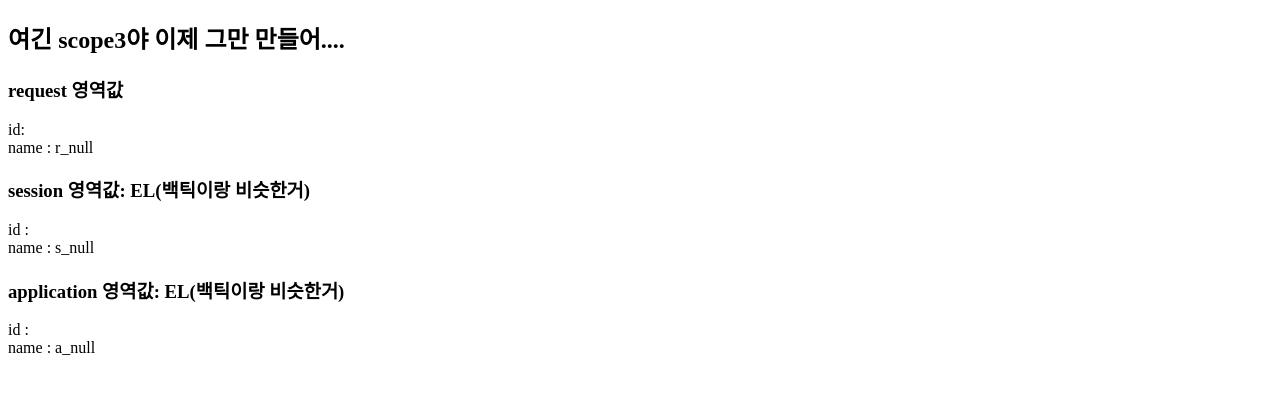
Repository: SouthSea0613/401_Unauthorized_java
Page: http://localhost/model1_1st/scope2.jsp
These files come from the project's save history. The page is drawn as it stood at one moment and after the next save; the edit follows.
The browser window is 1280 px wide. The pictures show the whole page.
The page is served by Tomcat 9. Other server files are loaded and not shown. The template is opened directly, without the code that normally fills it, so the values that code supplies are empty.

Above is the page before, as saved 2024-12-02 07:44:14.

### model1_1st/src/main/webapp/scope2.jsp
<%@page import="java.lang.ProcessBuilder.Redirect"%>
<%@ page language="java" contentType="text/html; charset=UTF-8"
	pageEncoding="UTF-8"%>
<!DOCTYPE html>
<html>
<head>
<meta charset="UTF-8">
<title>Insert title here</title>
</head>
<body>
	<h2>나는 scope2</h2>
	<%
	request.setCharacterEncoding("UTF-8");
	String id = request.getParameter("id");
	String name = request.getParameter("name");
	System.out.println(id+","+name);
	// request 내장객체의 영역
	request.setAttribute("rid", id);
	request.setAttribute("name", "r_"+name);

	// request 보다 life cycle이 더 길어!!!!!
	// session 내장객체의 영역
	session.setAttribute("sid", id);
	session.setAttribute("name", "s_"+name);

	// application 내장객체의 영역 (얘는 session 보다 더 길어)
	application.setAttribute("aid", id);
	application.setAttribute("name", "a_"+name);

	// 포워딩
	// response.sendRedirect("scope3.jsp");  // 새로운 request 생성
	request.getRequestDispatcher("scope3.jsp").forward(request, response);
	%>
</body>
</html>

### model1_1st/src/main/webapp/scope3.jsp
<%@ page language="java" contentType="text/html; charset=UTF-8"
    pageEncoding="UTF-8"%>
<!DOCTYPE html>
<html>
<head>
<meta charset="UTF-8">
<title>Insert title here</title>
</head>
<body>
<h2>여긴 scope3야 이제 그만 만들어....</h2>
<h3>request 영역값</h3>
<%-- id : <%= request.getAttribute("id")%><br> --%>
id: ${rid}<br>
name : ${requestScope.name}<br>

<h3>session 영역값: EL(백틱이랑 비슷한거)</h3>
id : ${sid}<br>
name : ${sessionScope.name}<br>

<h3>application 영역값: EL(백틱이랑 비슷한거)</h3>
id : ${aid}<br>
name : ${applicationScope.name}<br>
</body>
</html>

After the next save:
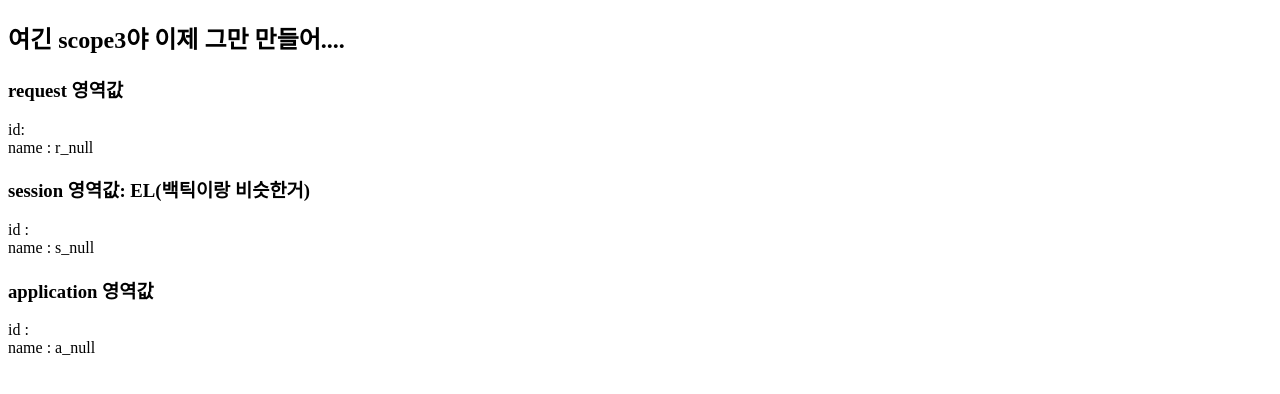
Saved 20 h 46 min later.
--- a/model1_1st/src/main/webapp/scope3.jsp
+++ b/model1_1st/src/main/webapp/scope3.jsp
@@ -17,7 +17,7 @@ name : ${requestScope.name}<br>
 id : ${sid}<br>
 name : ${sessionScope.name}<br>
 
-<h3>application 영역값: EL(백틱이랑 비슷한거)</h3>
+<h3>application 영역값</h3>
 id : ${aid}<br>
 name : ${applicationScope.name}<br>
 </body>
